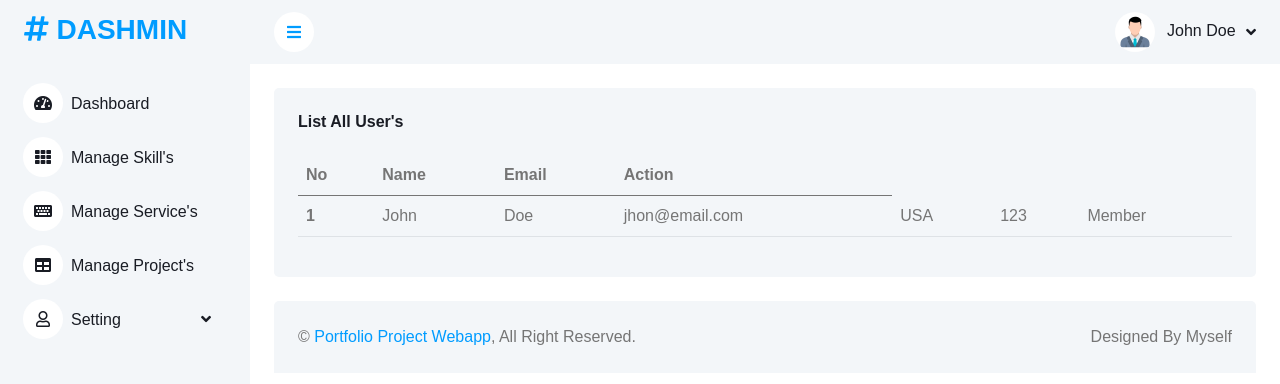
Repository: h4fizm/management-portfolio-project-webapp
Page: http://localhost/manage-user
An editor plug-in stored every save of this project. The page is shown before and after the next save, followed by the edit.
The browser window is 1280 px wide. The pictures show the whole page.
Some web fonts or font styles are not loaded; a fallback is used. Some web libraries are served in a nearby version. The page is served by the project's Laravel application, run on PHP 8.4 with Laravel 12. A made-up administrator, Test User (test@example.com), is signed in. Other server files are loaded and not shown.

Above is the page before, as saved 2025-01-15 03:20:15.
Console error: TypeError: Cannot read properties of undefined (reading 'getContext')

### routes/web.php
<?php

use Illuminate\Support\Facades\Route;
use App\Http\Controllers\AuthController;
use App\Http\Controllers\DashboardController;
use App\Http\Controllers\ProfileController;

Route::get('/', function () {
    return view('LandingPage');
});

Route::get('/login', [AuthController::class, 'showLoginPage'])->name('login.page');
Route::post('/login', [AuthController::class, 'login'])->name('login');

Route::get('/register', [AuthController::class, 'showRegisterPage'])->name('register.page');
Route::post('/register', [AuthController::class, 'register'])->name('register');

Route::post('/logout', [AuthController::class, 'logout'])->name('logout');

// Lindungi route dashboard dengan middleware auth
Route::get('/dashboard', [DashboardController::class, 'showMainPage'])->middleware('auth')->name('dashboard');
Route::get('/manage-user', [ProfileController::class, 'showManageUserPage'])->middleware('auth')->name('manage-user');
Route::get('/profile', [ProfileController::class, 'showProfilePage'])->middleware('auth')->name('profile');

### app/Models/User.php
<?php

namespace App\Models;

use Illuminate\Database\Eloquent\Factories\HasFactory;
use Illuminate\Database\Eloquent\Model;
use Illuminate\Foundation\Auth\User as Authenticatable;

class User extends Authenticatable
{
    use HasFactory;

    // Tentukan tabel yang digunakan
    protected $table = 'user';

    // Tentukan kolom yang dapat diisi
    protected $fillable = ['name', 'email', 'password', 'upload_resume'];

    // Sembunyikan kolom tertentu saat serialisasi
    protected $hidden = ['password', 'remember_token'];
}

### app/Http/Controllers/ProfileController.php
<?php

namespace App\Http\Controllers;

use Illuminate\Http\Request;

class ProfileController extends Controller
{
    public function showProfilePage()
    {
        return view('menu.profile');
    }
    public function showManageUserPage()
    {
        return view('menu.manage-user');
    }
}

### resources/views/menu/manage-user.blade.php
@extends('MainPage')
@section('title', 'Manage User')
@section('content')
<div class="container-fluid pt-4 px-4">
  <div class="col-12">
    <div class="bg-light rounded h-100 p-4">
        <h6 class="mb-4">List All User's</h6>
        <div class="table-responsive">
            <table class="table">
                <thead>
                    <tr>
                        <th scope="col">No</th>
                        <th scope="col">Name</th>
                        <th scope="col">Email</th>
                        <th scope="col">Action</th>
                    </tr>
                </thead>
                <tbody>
                    <tr>
                        <th scope="row">1</th>
                        <td>John</td>
                        <td>Doe</td>
                        <td>jhon@email.com</td>
                        <td>USA</td>
                        <td>123</td>
                        <td>Member</td>
                    </tr>

                </tbody>
            </table>
        </div>
    </div>
    </div>
</div>
@endsection

### resources/views/MainPage.blade.php
<!DOCTYPE html>
<html lang="en">

<head>
    <meta charset="utf-8">
    <title>@yield('title')</title>
    <meta content="width=device-width, initial-scale=1.0" name="viewport">
    <meta content="" name="keywords">
    <meta content="" name="description">

    <!-- Favicon -->
    <link href="img/favicon.ico" rel="icon">

    <!-- Google Web Fonts -->
    <link rel="preconnect" href="https://fonts.googleapis.com">
    <link rel="preconnect" href="https://fonts.gstatic.com" crossorigin>
    <link href="https://fonts.googleapis.com/css2?family=Heebo:wght@400;500;600;700&display=swap" rel="stylesheet">

    <!-- Icon Font Stylesheet -->
    <link href="https://cdnjs.cloudflare.com/ajax/libs/font-awesome/5.10.0/css/all.min.css" rel="stylesheet">
    <link href="https://cdn.jsdelivr.net/npm/bootstrap-icons@1.4.1/font/bootstrap-icons.css" rel="stylesheet">

    <!-- Libraries Stylesheet -->
    <link href="{{ asset('DashPage/lib/owlcarousel/assets/owl.carousel.min.css')}}" rel="stylesheet">
    <link href="{{ asset('DashPage/lib/tempusdominus/css/tempusdominus-bootstrap-4.min.css')}}" rel="stylesheet" />

    <!-- Customized Bootstrap Stylesheet -->
    <link href="{{ asset('DashPage/css/bootstrap.min.css')}}" rel="stylesheet">

    <!-- Template Stylesheet -->
    <link href="{{ asset('DashPage/css/style.css')}}" rel="stylesheet">
</head>

<body>
    <div class="container-xxl position-relative bg-white d-flex p-0">
        <!-- Spinner Start -->
        <div id="spinner" class="show bg-white position-fixed translate-middle w-100 vh-100 top-50 start-50 d-flex align-items-center justify-content-center">
            <div class="spinner-border text-primary" style="width: 3rem; height: 3rem;" role="status">
                <span class="sr-only">Loading...</span>
            </div>
        </div>
        <!-- Spinner End -->


        <!-- Sidebar Start -->
        @include('partials.sidebar')
        <!-- Sidebar End -->


        <!-- Content Start -->
        <div class="content">
            <!-- Navbar Start -->
            @include('partials.header')
            <!-- Navbar End -->


            <!-- Main Content -->
             @yield('content')
            <!-- End Main Content -->

            <!-- Footer Start -->
             @include('partials.footer')
            <!-- Footer End -->
        </div>
        <!-- Content End -->


        <!-- Back to Top -->
        {{-- <a href="#" class="btn btn-lg btn-primary btn-lg-square back-to-top"><i class="bi bi-arrow-up"></i></a> --}}
    </div>

    <!-- JavaScript Libraries -->
    <script src="https://code.jquery.com/jquery-3.4.1.min.js"></script>
    <script src="https://cdn.jsdelivr.net/npm/bootstrap@5.0.0/dist/js/bootstrap.bundle.min.js"></script>
    <script src="{{ asset('DashPage/lib/chart/chart.min.js')}}"></script>
    <script src="{{ asset('DashPage/lib/easing/easing.min.js')}}"></script>
    <script src="{{ asset('DashPage/lib/waypoints/waypoints.min.js')}}"></script>
    <script src="{{ asset('DashPage/lib/owlcarousel/owl.carousel.min.js')}}"></script>
    <script src="{{ asset('DashPage/lib/tempusdominus/js/moment.min.js')}}"></script>
    <script src="{{ asset('DashPage/lib/tempusdominus/js/moment-timezone.min.js')}}"></script>
    <script src="{{ asset('DashPage/lib/tempusdominus/js/tempusdominus-bootstrap-4.min.js')}}"></script>

    <!-- Template Javascript -->
    <script src="{{ asset('DashPage/js/main.js')}}"></script>
</body>

</html>

### resources/views/partials/sidebar.blade.php
<div class="sidebar pe-4 pb-3">
    <nav class="navbar bg-light navbar-light">
        <a href="{{ route('dashboard') }}" class="navbar-brand mx-4 mb-3">
            <h3 class="text-primary"><i class="fa fa-hashtag me-2"></i>DASHMIN</h3>
        </a>
        <div class="navbar-nav w-100">
            <a href="{{ route('dashboard') }}" class="nav-item nav-link @if(Route::currentRouteName() == 'dashboard') active @endif">
                <i class="fa fa-tachometer-alt me-2"></i>Dashboard
            </a>
            <a href="#" class="nav-item nav-link">
                <i class="fa fa-th me-2"></i>Manage Skill's
            </a>
            <a href="#" class="nav-item nav-link">
                <i class="fa fa-keyboard me-2"></i>Manage Service's
            </a>
            <a href="#" class="nav-item nav-link">
                <i class="fa fa-table me-2"></i>Manage Project's
            </a>
            <div class="nav-item dropdown">
                <a href="#" class="nav-link dropdown-toggle" data-bs-toggle="dropdown">
                    <i class="far fa-user me-2"></i>Setting
                </a>
                <div class="dropdown-menu bg-transparent border-0">
                    <a href="{{ route('manage-user') }}" class="dropdown-item">Manage User</a>
                    <a href="{{ route('profile') }}" class="dropdown-item @if(Route::currentRouteName() == 'profile') active @endif">My Profile</a>
                </div>
            </div>
        </div>
    </nav>
</div>

### resources/views/partials/header.blade.php
<nav class="navbar navbar-expand bg-light navbar-light sticky-top px-4 py-0">
    <a href="index.html" class="navbar-brand d-flex d-lg-none me-4">
        <h2 class="text-primary mb-0"><i class="fa fa-hashtag"></i></h2>
    </a>
    <a href="#" class="sidebar-toggler flex-shrink-0">
        <i class="fa fa-bars"></i>
    </a>
    <div class="navbar-nav align-items-center ms-auto">
        <div class="nav-item dropdown">
            <a href="#" class="nav-link dropdown-toggle" data-bs-toggle="dropdown">
                <img class="rounded-circle me-lg-2" src="{{ asset('DashPage/img/user.jpg') }}" alt="" style="width: 40px; height: 40px;">
                <span class="d-none d-lg-inline-flex">John Doe</span>
            </a>
            <div class="dropdown-menu dropdown-menu-end bg-light border-0 rounded-0 rounded-bottom m-0">
                <a href="#" class="dropdown-item">My Profile</a>
                <a href="#" class="dropdown-item" onclick="event.preventDefault(); document.getElementById('logout-form').submit();">
                    Log Out
                </a>
                <form id="logout-form" action="{{ route('logout') }}" method="POST" style="display: none;">
                    @csrf
                </form>
            </div>
        </div>
    </div>
</nav>

### resources/views/partials/footer.blade.php
<div class="container-fluid pt-4 px-4">
    <div class="bg-light rounded-top p-4">
        <div class="row">
            <div class="col-12 col-sm-6 text-center text-sm-start">
                &copy; <a href="">Portfolio Project Webapp</a>, All Right Reserved.
            </div>
            <div class="col-12 col-sm-6 text-center text-sm-end">
                <!--/*** This template is free as long as you keep the footer author’s credit link/attribution link/backlink. If you'd like to use the template without the footer author’s credit link/attribution link/backlink, you can purchase the Credit Removal License from "https://htmlcodex.com/credit-removal". Thank you for your support. ***/-->
                Designed By Myself</a>
            </div>
        </div>
    </div>
</div>

### public/DashPage/css/style.css
/********** Template CSS **********/
:root {
    --primary: #009CFF;
    --light: #F3F6F9;
    --dark: #191C24;
}

.back-to-top {
    position: fixed;
    display: none;
    right: 45px;
    bottom: 45px;
    z-index: 99;
}


/*** Spinner ***/
#spinner {
    opacity: 0;
    visibility: hidden;
    transition: opacity .5s ease-out, visibility 0s linear .5s;
    z-index: 99999;
}

#spinner.show {
    transition: opacity .5s ease-out, visibility 0s linear 0s;
    visibility: visible;
    opacity: 1;
}


/*** Button ***/
.btn {
    transition: .5s;
}

.btn.btn-primary {
    color: #FFFFFF;
}

.btn-square {
    width: 38px;
    height: 38px;
}

.btn-sm-square {
    width: 32px;
    height: 32px;
}

.btn-lg-square {
    width: 48px;
    height: 48px;
}

.btn-square,
.btn-sm-square,
.btn-lg-square {
    padding: 0;
    display: inline-flex;
    align-items: center;
    justify-content: center;
    font-weight: normal;
    border-radius: 50px;
}


/*** Layout ***/
.sidebar {
    position: fixed;
    top: 0;
    left: 0;
    bottom: 0;
    width: 250px;
    height: 100vh;
    overflow-y: auto;
    background: var(--light);
    transition: 0.5s;
    z-index: 999;
}

.content {
    margin-left: 250px;
    min-height: 100vh;
    background: #FFFFFF;
    transition: 0.5s;
}

@media (min-width: 992px) {
    .sidebar {
        margin-left: 0;
    }

    .sidebar.open {
        margin-left: -250px;
    }

    .content {
        width: calc(100% - 250px);
    }

    .content.open {
        width: 100%;
        margin-left: 0;
    }
}

@media (max-width: 991.98px) {
    .sidebar {
        margin-left: -250px;
    }

    .sidebar.open {
        margin-left: 0;
    }

    .content {
        width: 100%;
        margin-left: 0;
    }
}


/*** Navbar ***/
.sidebar .navbar .navbar-nav .nav-link {
    padding: 7px 20px;
    color: var(--dark);
    font-weight: 500;
    border-left: 3px solid var(--light);
    border-radius: 0 30px 30px 0;
    outline: none;
}

.sidebar .navbar .navbar-nav .nav-link:hover,
.sidebar .navbar .navbar-nav .nav-link.active {
    color: var(--primary);
    background: #FFFFFF;
    border-color: var(--primary);
}

.sidebar .navbar .navbar-nav .nav-link i {
    width: 40px;
    height: 40px;
    display: inline-flex;
    align-items: center;
    justify-content: center;
    background: #FFFFFF;
    border-radius: 40px;
}

.sidebar .navbar .navbar-nav .nav-link:hover i,
.sidebar .navbar .navbar-nav .nav-link.active i {
    background: var(--light);
}

.sidebar .navbar .dropdown-toggle::after {
    position: absolute;
    top: 15px;
    right: 15px;
    border: none;
    content: "\f107";
    font-family: "Font Awesome 5 Free";
    font-weight: 900;
    transition: .5s;
}

.sidebar .navbar .dropdown-toggle[aria-expanded=true]::after {
    transform: rotate(-180deg);
}

.sidebar .navbar .dropdown-item {
    padding-left: 25px;
    border-radius: 0 30px 30px 0;
}

.content .navbar .navbar-nav .nav-link {
    margin-left: 25px;
    padding: 12px 0;
    color: var(--dark);
    outline: none;
}

.content .navbar .navbar-nav .nav-link:hover,
.content .navbar .navbar-nav .nav-link.active {
    color: var(--primary);
}

.content .navbar .sidebar-toggler,
.content .navbar .navbar-nav .nav-link i {
    width: 40px;
    height: 40px;
    display: inline-flex;
    align-items: center;
    justify-content: center;
    background: #FFFFFF;
    border-radius: 40px;
}

.content .navbar .dropdown-toggle::after {
    margin-left: 6px;
    vertical-align: middle;
    border: none;
    content: "\f107";
    font-family: "Font Awesome 5 Free";
    font-weight: 900;
    transition: .5s;
}

.content .navbar .dropdown-toggle[aria-expanded=true]::after {
    transform: rotate(-180deg);
}

@media (max-width: 575.98px) {
    .content .navbar .navbar-nav .nav-link {
        margin-left: 15px;
    }
}


/*** Date Picker ***/
.bootstrap-datetimepicker-widget.bottom {
    top: auto !important;
}

.bootstrap-datetimepicker-widget .table * {
    border-bottom-width: 0px;
}

.bootstrap-datetimepicker-widget .table th {
    font-weight: 500;
}

.bootstrap-datetimepicker-widget.dropdown-menu {
    padding: 10px;
    border-radius: 2px;
}

.bootstrap-datetimepicker-widget table td.active,
.bootstrap-datetimepicker-widget table td.active:hover {
    background: var(--primary);
}

.bootstrap-datetimepicker-widget table td.today::before {
    border-bottom-color: var(--primary);
}


/*** Testimonial ***/
.progress .progress-bar {
    width: 0px;
    transition: 2s;
}


/*** Testimonial ***/
.testimonial-carousel .owl-dots {
    margin-top: 24px;
    display: flex;
    align-items: flex-end;
    justify-content: center;
}

.testimonial-carousel .owl-dot {
    position: relative;
    display: inline-block;
    margin: 0 5px;
    width: 15px;
    height: 15px;
    border: 5px solid var(--primary);
    border-radius: 15px;
    transition: .5s;
}

.testimonial-carousel .owl-dot.active {
    background: var(--dark);
    border-color: var(--primary);
}

### public/DashPage/js/main.js
(function ($) {
    "use strict";

    // Spinner
    var spinner = function () {
        setTimeout(function () {
            if ($('#spinner').length > 0) {
                $('#spinner').removeClass('show');
            }
        }, 1);
    };
    spinner();


    // Back to top button
    $(window).scroll(function () {
        if ($(this).scrollTop() > 300) {
            $('.back-to-top').fadeIn('slow');
        } else {
            $('.back-to-top').fadeOut('slow');
        }
    });
    $('.back-to-top').click(function () {
        $('html, body').animate({scrollTop: 0}, 1500, 'easeInOutExpo');
        return false;
    });


    // Sidebar Toggler
    $('.sidebar-toggler').click(function () {
        $('.sidebar, .content').toggleClass("open");
        return false;
    });


    // Progress Bar
    $('.pg-bar').waypoint(function () {
        $('.progress .progress-bar').each(function () {
            $(this).css("width", $(this).attr("aria-valuenow") + '%');
        });
    }, {offset: '80%'});


    // Calender
    $('#calender').datetimepicker({
        inline: true,
        format: 'L'
    });


    // Testimonials carousel
    $(".testimonial-carousel").owlCarousel({
        autoplay: true,
        smartSpeed: 1000,
        items: 1,
        dots: true,
        loop: true,
        nav : false
    });


    // Worldwide Sales Chart
    var ctx1 = $("#worldwide-sales").get(0).getContext("2d");
    var myChart1 = new Chart(ctx1, {
        type: "bar",
        data: {
            labels: ["2016", "2017", "2018", "2019", "2020", "2021", "2022"],
            datasets: [{
                    label: "USA",
                    data: [15, 30, 55, 65, 60, 80, 95],
                    backgroundColor: "rgba(0, 156, 255, .7)"
                },
                {
                    label: "UK",
                    data: [8, 35, 40, 60, 70, 55, 75],
                    backgroundColor: "rgba(0, 156, 255, .5)"
                },
                {
                    label: "AU",
                    data: [12, 25, 45, 55, 65, 70, 60],
                    backgroundColor: "rgba(0, 156, 255, .3)"
                }
            ]
            },
        options: {
            responsive: true
        }
    });


    // Salse & Revenue Chart
    var ctx2 = $("#salse-revenue").get(0).getContext("2d");
    var myChart2 = new Chart(ctx2, {
        type: "line",
        data: {
            labels: ["2016", "2017", "2018", "2019", "2020", "2021", "2022"],
            datasets: [{
                    label: "Salse",
                    data: [15, 30, 55, 45, 70, 65, 85],
                    backgroundColor: "rgba(0, 156, 255, .5)",
                    fill: true
                },
                {
                    label: "Revenue",
                    data: [99, 135, 170, 130, 190, 180, 270],
                    backgroundColor: "rgba(0, 156, 255, .3)",
                    fill: true
                }
            ]
            },
        options: {
            responsive: true
        }
    });



    // Single Line Chart
    var ctx3 = $("#line-chart").get(0).getContext("2d");
    var myChart3 = new Chart(ctx3, {
        type: "line",
        data: {
            labels: [50, 60, 70, 80, 90, 100, 110, 120, 130, 140, 150],
            datasets: [{
                label: "Salse",
                fill: false,
                backgroundColor: "rgba(0, 156, 255, .3)",
                data: [7, 8, 8, 9, 9, 9, 10, 11, 14, 14, 15]
            }]
        },
        options: {
            responsive: true
        }
    });


    // Single Bar Chart
    var ctx4 = $("#bar-chart").get(0).getContext("2d");
    var myChart4 = new Chart(ctx4, {
        type: "bar",
        data: {
            labels: ["Italy", "France", "Spain", "USA", "Argentina"],
            datasets: [{
                backgroundColor: [
                    "rgba(0, 156, 255, .7)",
                    "rgba(0, 156, 255, .6)",
                    "rgba(0, 156, 255, .5)",
                    "rgba(0, 156, 255, .4)",
                    "rgba(0, 156, 255, .3)"
                ],
                data: [55, 49, 44, 24, 15]
            }]
        },
        options: {
            responsive: true
        }
    });


    // Pie Chart
    var ctx5 = $("#pie-chart").get(0).getContext("2d");
    var myChart5 = new Chart(ctx5, {
        type: "pie",
        data: {
            labels: ["Italy", "France", "Spain", "USA", "Argentina"],
            datasets: [{
                backgroundColor: [
                    "rgba(0, 156, 255, .7)",
                    "rgba(0, 156, 255, .6)",
                    "rgba(0, 156, 255, .5)",
                    "rgba(0, 156, 255, .4)",
                    "rgba(0, 156, 255, .3)"
                ],
                data: [55, 49, 44, 24, 15]
            }]
        },
        options: {
            responsive: true
        }
    });


    // Doughnut Chart
    var ctx6 = $("#doughnut-chart").get(0).getContext("2d");
    var myChart6 = new Chart(ctx6, {
        type: "doughnut",
        data: {
            labels: ["Italy", "France", "Spain", "USA", "Argentina"],
            datasets: [{
                backgroundColor: [
                    "rgba(0, 156, 255, .7)",
                    "rgba(0, 156, 255, .6)",
                    "rgba(0, 156, 255, .5)",
                    "rgba(0, 156, 255, .4)",
                    "rgba(0, 156, 255, .3)"
                ],
                data: [55, 49, 44, 24, 15]
            }]
        },
        options: {
            responsive: true
        }
    });


})(jQuery);

Loaded but not shown: app/Http/Controllers/Controller.php (common file); public/DashPage/lib/owlcarousel/assets/owl.carousel.min.css (common file); public/DashPage/lib/tempusdominus/css/tempusdominus-bootstrap-4.min.css (library); public/DashPage/css/bootstrap.min.css (library); public/DashPage/lib/chart/chart.min.js (library); public/DashPage/lib/easing/easing.min.js (common file); public/DashPage/lib/waypoints/waypoints.min.js (library); public/DashPage/lib/owlcarousel/owl.carousel.min.js (library); public/DashPage/lib/tempusdominus/js/moment.min.js (library); public/DashPage/lib/tempusdominus/js/moment-timezone.min.js (library); public/DashPage/lib/tempusdominus/js/tempusdominus-bootstrap-4.min.js (library)

After the next save:
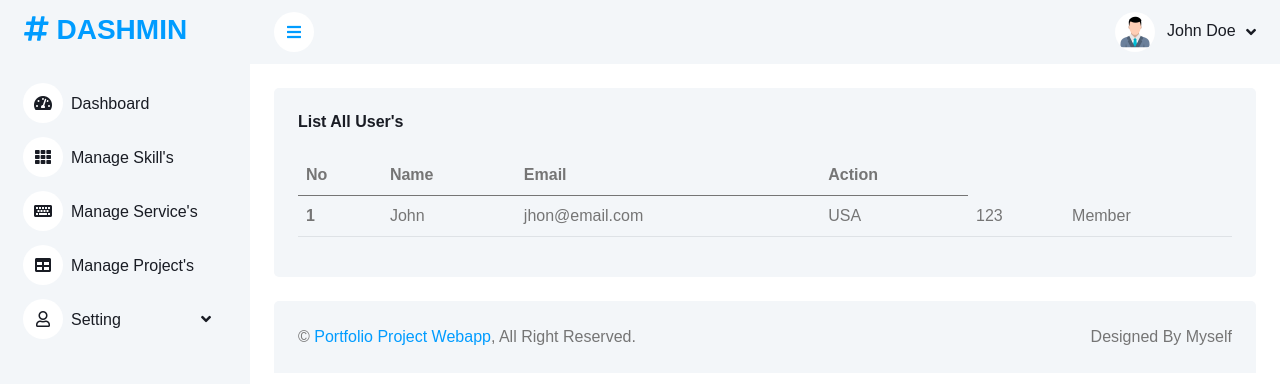
Saved 10 s later.
--- a/resources/views/menu/manage-user.blade.php
+++ b/resources/views/menu/manage-user.blade.php
@@ -19,7 +19,6 @@
                     <tr>
                         <th scope="row">1</th>
                         <td>John</td>
-                        <td>Doe</td>
                         <td>jhon@email.com</td>
                         <td>USA</td>
                         <td>123</td>
